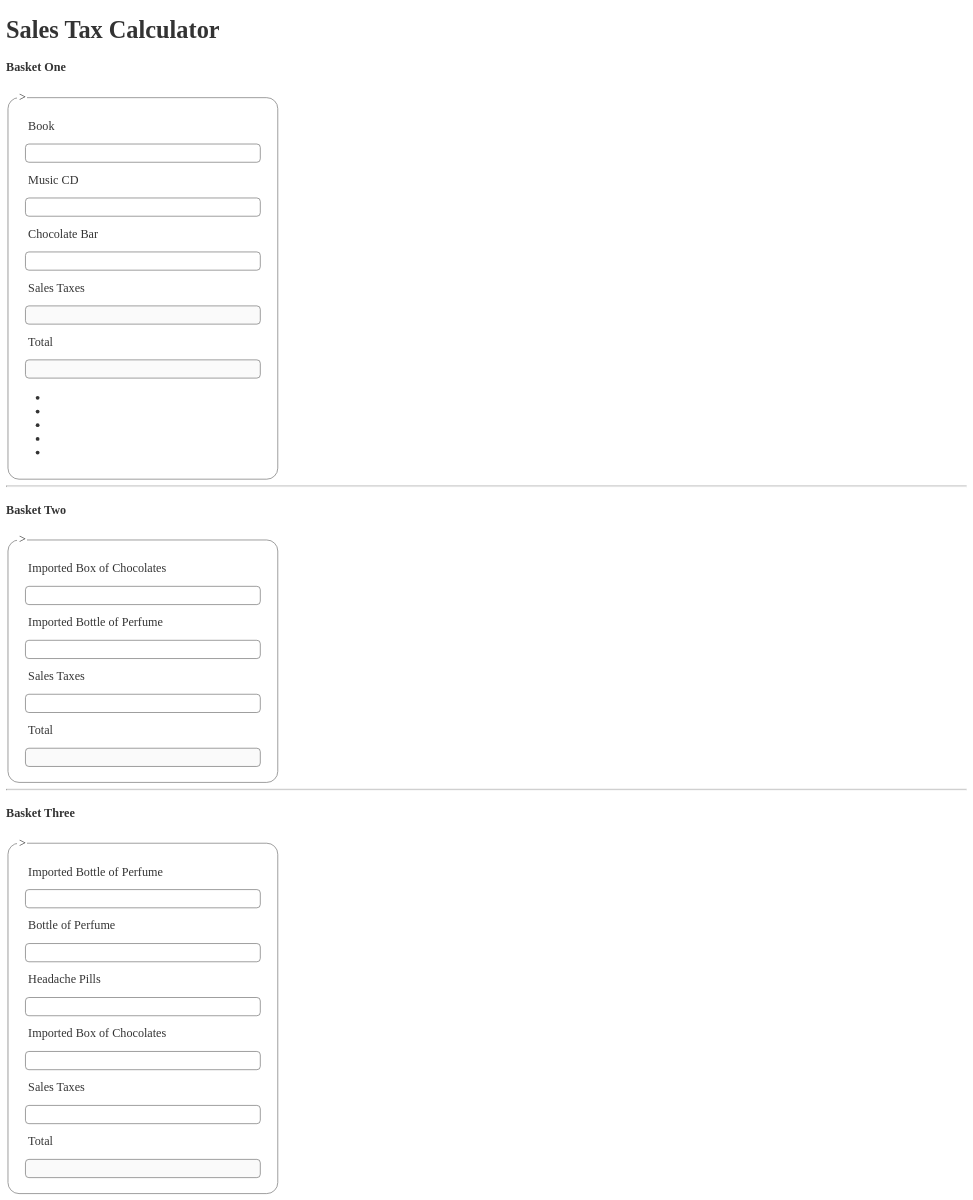
Repository: duzzisantos/sales-tax
Page: index.html
These files come from the project's save history. The page is drawn as it stood at one moment and after the next save; the edit follows.
The browser window is 1280 px wide. The pictures show the whole page, at 76% of full size.

Above is the page before, as saved 2022-05-25 21:34:38.

### index.html
<!DOCTYPE html>
<html lang="en">

<head>
    <meta charset="UTF-8">
    <meta http-equiv="X-UA-Compatible" content="IE=edge">
    <meta name="viewport" content="width=device-width, initial-scale=1.0">
    <link href="style.css" rel="stylesheet">
    <title>Sales Tax Calculator</title>
</head>

<body>
    <h1>Sales Tax Calculator</h1>
    <section id="container">
        <h4>Basket One</h4>
        <fieldset>
            <legend>
                <!----Add basket icon here-->>
            </legend>
            <label for="book">Book</label>
            <input id="book" type="number" name="book" onchange="basketOne()" />
            <label for="musicCD">Music CD</label>
            <input id="musicCD" type="number" name="musicCD" onchange="basketOne()" />
            <label for="chocolateBar">Chocolate Bar</label>
            <input id="chocolateBar" type="number" name="chocolateBar" onchange="basketOne()" />
            <label for="sales-taxes">Sales Taxes</label>
            <input id="sales-taxes" type="number" name="sales-taxes" onchange="basketOne()" disabled />
            <label for="total">Total</label>
            <input id="total" type="number" name="total" onchange="basketOne()" disabled />
            <ul class="listOne">
                <li></li>
                <li></li>
                <li></li>
                <li></li>
                <li></li>
            </ul>
        </fieldset>
        <hr>
        <h4>Basket Two</h4>
        <fieldset>
            <legend>
                <!----Add basket icon here-->>
            </legend>
            <label for="imported-box-chocolate">Imported Box of Chocolates</label>
            <input id="imported-box-chocolate" type="number" name="imported-box-chocolate" onchange="basketTwo()" />
            <label for="imported-perfume">Imported Bottle of Perfume</label>
            <input id="imported-perfume" type="number" name="imported-perfume" onchange="basketTwo()" />

            <label for="sales-taxes2">Sales Taxes</label>
            <input id="sales-taxes2" type="number" name="sales-taxes2" onchange="basketTwo()" />
            <label for="total">Total</label>
            <input disabled id="total2" type="number" name="total2" onchange="basketTwo()" />
        </fieldset>
        <hr>
        <h4>Basket Three</h4>
        <fieldset>
            <legend>
                <!----Add basket icon here-->>
            </legend>
            <label for="imported-perfume2">Imported Bottle of Perfume</label>
            <input id="imported-perfume2" type="number" name="imported-perfume2" onchange="basketThree()" />
            <label for="bottle-perfume">Bottle of Perfume</label>
            <input id="bottle-perfume" type="number" name="bottle-perfume" onchange="basketThree()" />
            <label for="pills">Headache Pills</label>
            <input id="pills" type="number" name="pills" onchange="basketThree()" />
            <label for="imported-box-chocolate2">Imported Box of Chocolates</label>
            <input id="imported-box-chocolate2" type="number" name="imported-box-chocolate2" onchange="basketThree()" />
            <label for=" sales-taxes3">Sales Taxes</label>
            <input id="sales-taxes3" type="number" name="sales-taxes3" onchange="basketThree()" />
            <label for="total3">Total</label>
            <input disabled id="total3" type="number" name="total3" onchange="basketThree()" />
        </fieldset>
    </section>
</body>
<script src="first.js"></script>
<script src="second.js"></script>
<script src="third.js"></script>

</html>

### style.css
*{
    color: rgb(0,0,0,0.8);
}

.container{
    display: flex;
    flex-direction: column;
    align-items: center;
    justify-content: center;
    bottom: 0;
}

fieldset{
    height: fit-content;
    width: 20%;
    border: 1px solid grey;
    border-radius: 15px;
}

label, input{
    display: block;
    margin: 10px;
    padding: 4px;
}

input{
    width: 300px;
    border-radius: 5px;
    border: 1px solid grey;
}

### first.js
//Variables for tax rate
let taxFree = 0;
let basicTax = 10;
let importDuty = 5;

//imported basic taxable items attract an extra non-negotiable tax rate of 5%, therefore 10% + 5% = 15%
let basicPlusImportDuty = basicTax + importDuty;

//An app that computes the first basket of goods
const basketOne = () => {
  let book = document.getElementById("book").value;
  let musicCD = document.getElementById("musicCD").value;
  let chocolateBar = document.getElementById("chocolateBar").value;

  // The plus sign is used in front of every variable to indicate to JavaScript that they are numerical values
  // Without this, they would become concatenated strings

  //these are the sums of the items and their taxes
  let bookPlusTax = +taxFree * +book + +book;
  let musicCDPlusTax = (basicTax * +musicCD) / 100 + +musicCD;
  let chocolateBarPlusTax = +taxFree * +chocolateBar + +chocolateBar;

  //this computes the total price paid by the customer
  let netPayment = +bookPlusTax + +musicCDPlusTax + +chocolateBarPlusTax;
  document.getElementById("total").value = netPayment.toFixed(2);

  //this computes the total sales tax generated
  let totalTaxes =
    bookPlusTax -
    book +
    (musicCDPlusTax - musicCD) +
    (chocolateBarPlusTax - chocolateBar);

  //Math.ceil and toFixed method helps us round up to the nearest 0.05
  document.getElementById("sales-taxes").value = (
    Math.ceil(totalTaxes * 20) / 20
  ).toFixed(2);
};

### second.js
//Variables for tax rate
let basicTax2 = 10;
let importDuty2 = 5;

//imported basic taxable items attract an extra non-negotiable tax rate of 5%, therefore 10% + 5% = 15%
let basicPlusImportDuty2 = basicTax2 + importDuty2;

//An app that computes the second basket of goods
const basketTwo = () => {
  let importedChocolate = document.getElementById(
    "imported-box-chocolate"
  ).value;
  let importedPerfume2 = document.getElementById("imported-perfume").value;

  // The plus sign is used in front of every variable to indicate to JavaScript that they are numerical values
  // Without this, they would become concatenated strings

  //these are the sums of the imported items and their taxes
  let importedChocolatePlusTax =
    (importDuty2 * +importedChocolate) / 100 + +importedChocolate;
  let importedPerfume2PlusTax =
    (basicPlusImportDuty2 * +importedPerfume2) / 100 + +importedPerfume2;

  //Math.ceil and toFixed method helps us round up to the nearest 0.05
  //this computes the total price paid by the customer
  let netPayment = +importedChocolatePlusTax + +importedPerfume2PlusTax;
  document.getElementById("total2").value = (
    Math.ceil(netPayment * 20) / 20
  ).toFixed(2);

  //this computes the total sales tax generated
  let totalTaxes =
    (importDuty2 * +importedChocolate) / 100 +
    (basicPlusImportDuty2 * +importedPerfume2) / 100;
  document.getElementById("sales-taxes2").value = (
    Math.ceil(totalTaxes * 20) / 20
  ).toFixed(2);
};

### third.js
//Variables for tax rate
let taxFree3 = 0;
let basicTax3 = 10;
let importDuty3 = 5;
let basicPlusImportDuty3 = basicTax3 + importDuty3;


//App that computes the third basket of goods
const basketThree = () => {
    let importedPerfume2 = document.getElementById("imported-perfume2").value;
    let bottlePerfume = document.getElementById("bottle-perfume").value;
    let pills = document.getElementById("pills").value;
    let importedChocolate2 = document.getElementById("imported-box-chocolate2").value;


    //    // The plus sign is used in front of every variable to indicate to JavaScript that they are numerical values
     // Without this, they would become concatenated strings

    //these are the sums of the imported items and their taxes
    let importedPerfume2PlusTax = (basicPlusImportDuty3 * +importedPerfume2) / 100 + +importedPerfume2;
    let bottlePerfumePlusTax =
      (basicTax3 * +bottlePerfume) / 100 + +bottlePerfume;
    let pillsPlusTax = (taxFree3 * +pills) + +pills;
    let importedChocolate2PlusTax =
      (importDuty3 * +importedChocolate2) / 100 + +importedChocolate2;

    //Math.ceil and toFixed method helps us round up to the nearest 0.05
    //This computes the prices plus their taxes
    let netPayment =
      importedPerfume2PlusTax +
      bottlePerfumePlusTax +
      pillsPlusTax +
      importedChocolate2PlusTax;
    document.getElementById("total3").value = (Math.ceil(netPayment * 20) / 20).toFixed(2);

    //this computes the total taxes generated from selling basket three
    let totalTaxes =
      importedPerfume2PlusTax -
      importedPerfume2 +
      (bottlePerfumePlusTax - bottlePerfume) +
      (pillsPlusTax - pills) +
      (importedChocolate2PlusTax - importedChocolate2);

    document.getElementById("sales-taxes3").value = (
        Math.ceil(totalTaxes * 20) / 20
      ).toFixed(2);
  };

After the next save:
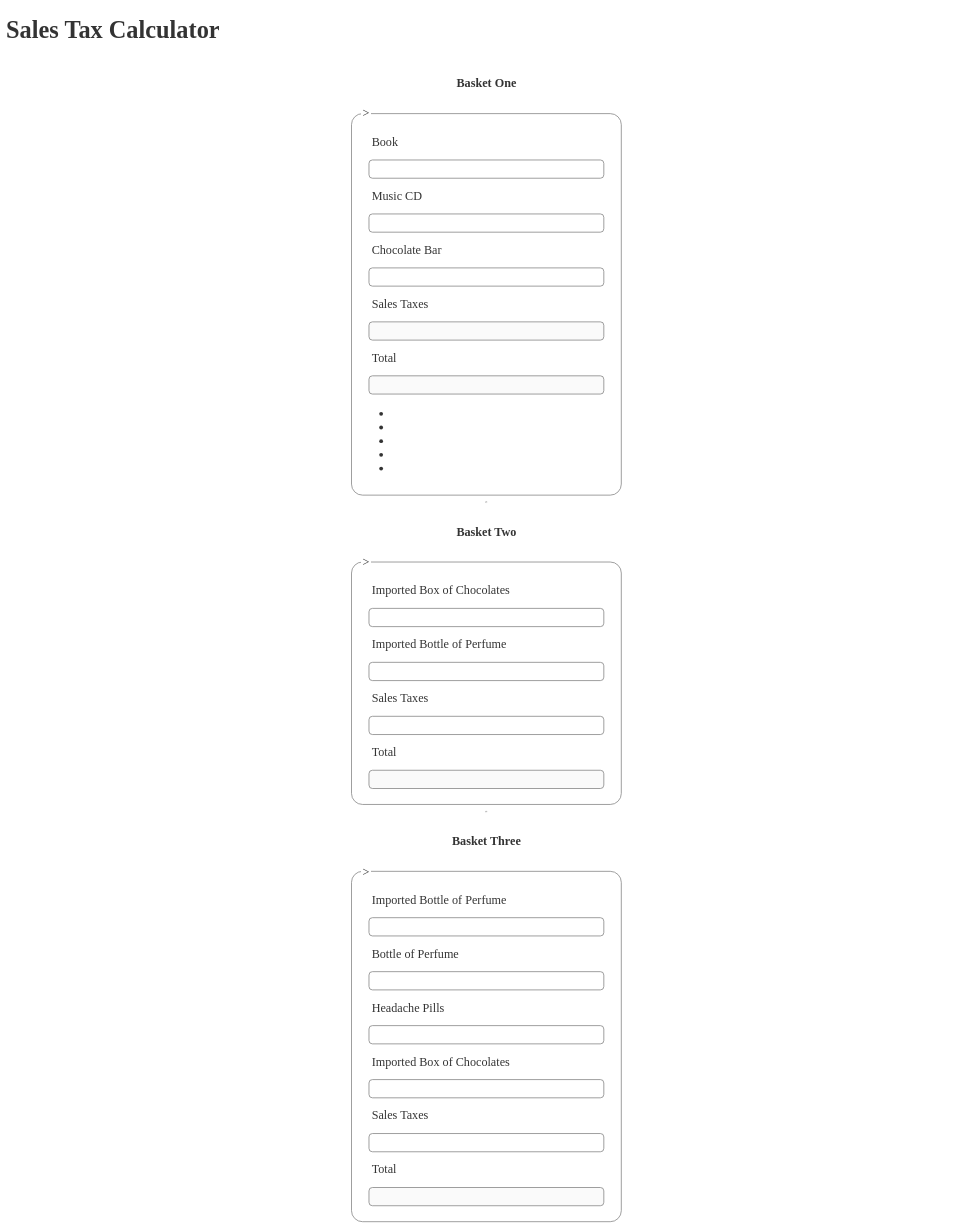
Saved 93 s later.
--- a/style.css
+++ b/style.css
@@ -2,7 +2,7 @@
     color: rgb(0,0,0,0.8);
 }
 
-.container{
+#container{
     display: flex;
     flex-direction: column;
     align-items: center;
